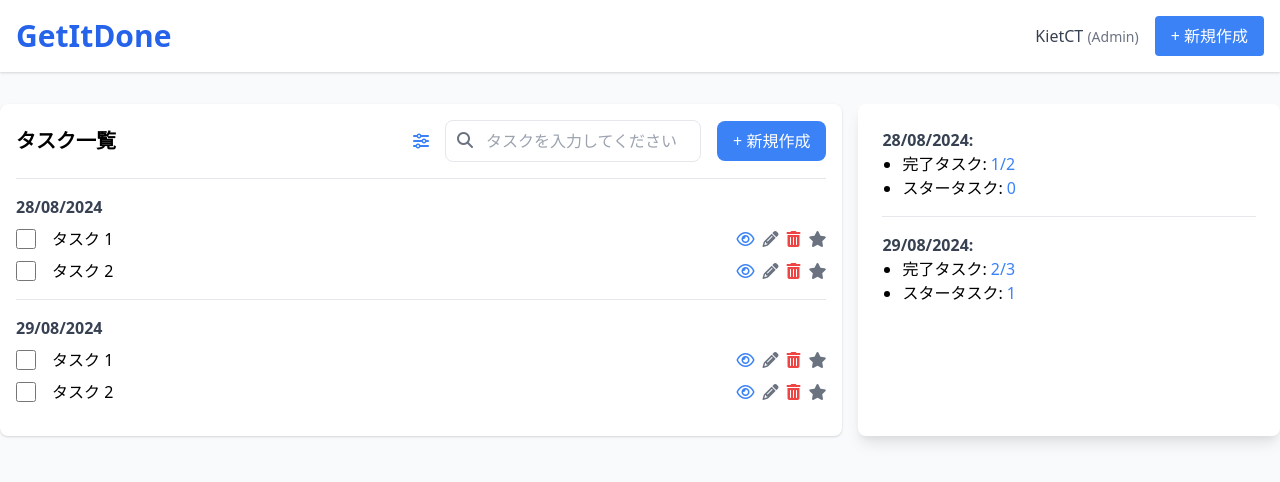
Repository: TuanAnhNguyen723/todolist
Page: mainscreen.html
The author's editor kept a copy of each file at every save. The page is drawn from the files as they stood at one save, then again after the next save.
The browser window is 1280 px wide. The pictures show the whole page.
Some web libraries are served in a nearby version.

Above is the page before, as saved 2024-09-24 22:53:24.

### mainscreen.html
<!DOCTYPE html>
<html lang="ja">
  <head>
    <meta charset="UTF-8" />
    <meta name="viewport" content="width=device-width, initial-scale=1.0" />
    <title>GetItDone Task List</title>
    <link
      href="https://cdn.jsdelivr.net/npm/tailwindcss@2.2.19/dist/tailwind.min.css"
      rel="stylesheet"
    />
    <link
      rel="stylesheet"
      href="https://cdnjs.cloudflare.com/ajax/libs/font-awesome/6.6.0/css/all.min.css"
    />
    <script src="./mainscreen.js" defer></script>
  </head>
  <body class="bg-gray-50">
    <!-- Header Section -->
    <header class="bg-white shadow p-4 flex justify-between items-center">
      <div class="flex items-center">
        <h1 class="text-3xl font-bold text-blue-600">GetItDone</h1>
      </div>
      <div class="flex items-center">
        <span class="text-gray-700 mr-4"
          >KietCT <span class="text-sm text-gray-500">(Admin)</span></span
        >
        <button class="bg-blue-500 text-white px-4 py-2 rounded">
          + 新規作成
        </button>
      </div>
    </header>

    <!-- Main Section -->
    <main class="container mx-auto mt-8">
      <div class="flex justify-between">
        <!-- Task List -->
        <div class="w-2/3 bg-white p-4 shadow rounded-lg">
          <div class="flex justify-between items-center mb-4">
            <!-- Task List Title -->
            <h2 class="text-xl font-bold">タスク一覧</h2>

            <div class="flex items-center space-x-4">
              <!-- Filter Icon -->
              <button class="text-blue-500 hover:text-gray-700">
                <i class="fas fa-sliders-h"></i>
              </button>

              <!-- Search Input with Icon -->
              <div class="relative">
                <input
                  type="text"
                  class="border rounded-lg pl-10 pr-3 py-2 w-64"
                  placeholder="タスクを入力してください"
                />
                <!-- Search Icon -->
                <i
                  class="fas fa-search absolute left-3 top-3 text-gray-500"
                ></i>
              </div>

              <!-- New Task Button -->
              <button class="bg-blue-500 text-white px-4 py-2 rounded-lg">
                + 新規作成
              </button>
            </div>
          </div>

          <!-- Task Group 1 -->
          <div class="mb-4 border-t pt-4">
            <h3 class="font-bold text-gray-700">28/08/2024</h3>

            <!-- Task 1 -->
            <div class="flex justify-between items-center space-x-4 my-2">
              <div class="flex items-center space-x-4">
                <input
                  type="checkbox"
                  class="form-checkbox h-5 w-5 toggle-complete"
                />
                <span class="task-text">タスク 1</span>
              </div>
              <div class="flex space-x-2">
                <button class="text-blue-500 hover:text-blue-700">
                  <i class="fa fa-eye"></i>
                </button>
                <button class="text-gray-500 hover:text-gray-700">
                  <i class="fa fa-pencil"></i>
                </button>
                <button class="text-red-500 hover:text-red-700">
                  <i class="fa fa-trash"></i>
                </button>
                <button class="text-gray-500 hover:text-yellow-500 star-icon">
                  <i class="fa fa-star"></i>
                </button>
              </div>
            </div>

            <!-- Task 2 -->
            <div class="flex justify-between items-center space-x-4 my-2">
              <div class="flex items-center space-x-4">
                <input
                  type="checkbox"
                  class="form-checkbox h-5 w-5 toggle-complete"
                />
                <span class="task-text">タスク 2</span>
              </div>
              <div class="flex space-x-2">
                <button class="text-blue-500 hover:text-blue-700">
                  <i class="fa fa-eye"></i>
                </button>
                <button class="text-gray-500 hover:text-gray-700">
                  <i class="fa fa-pencil"></i>
                </button>
                <button class="text-red-500 hover:text-red-700">
                  <i class="fa fa-trash"></i>
                </button>
                <button class="text-gray-500 hover:text-yellow-500 star-icon">
                  <i class="fa fa-star"></i>
                </button>
              </div>
            </div>
          </div>

          <!-- Task Group 2 -->
          <div class="mb-4 border-t pt-4">
            <h3 class="font-bold text-gray-700">29/08/2024</h3>

            <!-- Task 1 -->
            <div class="flex justify-between items-center space-x-4 my-2">
              <div class="flex items-center space-x-4">
                <input
                  type="checkbox"
                  class="form-checkbox h-5 w-5 toggle-complete"
                />
                <span class="task-text">タスク 1</span>
              </div>
              <div class="flex space-x-2">
                <button class="text-blue-500 hover:text-blue-700">
                  <i class="fa fa-eye"></i>
                </button>
                <button class="text-gray-500 hover:text-gray-700">
                  <i class="fa fa-pencil"></i>
                </button>
                <button class="text-red-500 hover:text-red-700">
                  <i class="fa fa-trash"></i>
                </button>
                <button class="text-gray-500 hover:text-yellow-500 star-icon">
                  <i class="fa fa-star"></i>
                </button>
              </div>
            </div>

            <!-- Task 2 -->
            <div class="flex justify-between items-center space-x-4 my-2">
              <div class="flex items-center space-x-4">
                <input
                  type="checkbox"
                  class="form-checkbox h-5 w-5 toggle-complete"
                />
                <span class="task-text">タスク 2</span>
              </div>
              <div class="flex space-x-2">
                <button class="text-blue-500 hover:text-blue-700">
                  <i class="fa fa-eye"></i>
                </button>
                <button class="text-gray-500 hover:text-gray-700">
                  <i class="fa fa-pencil"></i>
                </button>
                <button class="text-red-500 hover:text-red-700">
                  <i class="fa fa-trash"></i>
                </button>
                <button class="text-gray-500 hover:text-yellow-500 star-icon">
                  <i class="fa fa-star"></i>
                </button>
              </div>
            </div>
          </div>
        </div>

        <!-- Task Completion Summary -->
        <div
          id="task-summary"
          class="w-1/3 bg-white p-6 rounded-lg shadow-lg ml-4"
        >
          <h3 class="font-bold text-gray-700">28/08/2024:</h3>
          <ul class="list-disc pl-5">
            <li>完了タスク: <span class="text-blue-500">1/2</span></li>
            <li>スタータスク: <span class="text-blue-500">0</span></li>
          </ul>

          <h3 class="font-bold text-gray-700 mt-4 border-t pt-4">29/08/2024:</h3>
          <ul class="list-disc pl-5">
            <li>完了タスク: <span class="text-blue-500">2/3</span></li>
            <li>スタータスク: <span class="text-blue-500">1</span></li>
          </ul>
        </div>
      </div>
    </main>

    <!-- Icons FontAwesome -->
    <script src="https://kit.fontawesome.com/a076d05399.js"></script>
  </body>
</html>

### mainscreen.js
      // Xử lý sự kiện khi click vào checkbox để gạch ngang hoặc bỏ gạch ngang
      document.querySelectorAll('.toggle-complete').forEach((checkbox) => {
        checkbox.addEventListener('change', function () {
          const taskText = this.parentElement.querySelector('.task-text');
          if (this.checked) {
            taskText.classList.add('line-through', 'text-gray-400');
          } else {
            taskText.classList.remove('line-through', 'text-gray-400');
          }
        });
      });

      // Xử lý sự kiện khi click vào icon ngôi sao
      document.querySelectorAll('.star-icon').forEach((star) => {
        star.addEventListener('click', function () {
          const taskText = this.parentElement.parentElement.querySelector('.task-text');
          // Toggle màu ngôi sao
          this.classList.toggle('text-yellow-500');
          // Toggle màu chữ của task
          if (this.classList.contains('text-yellow-500')) {
            taskText.classList.add('text-yellow-600');
          } else {
            taskText.classList.remove('text-yellow-600');
          }
        });
      });

After the next save:
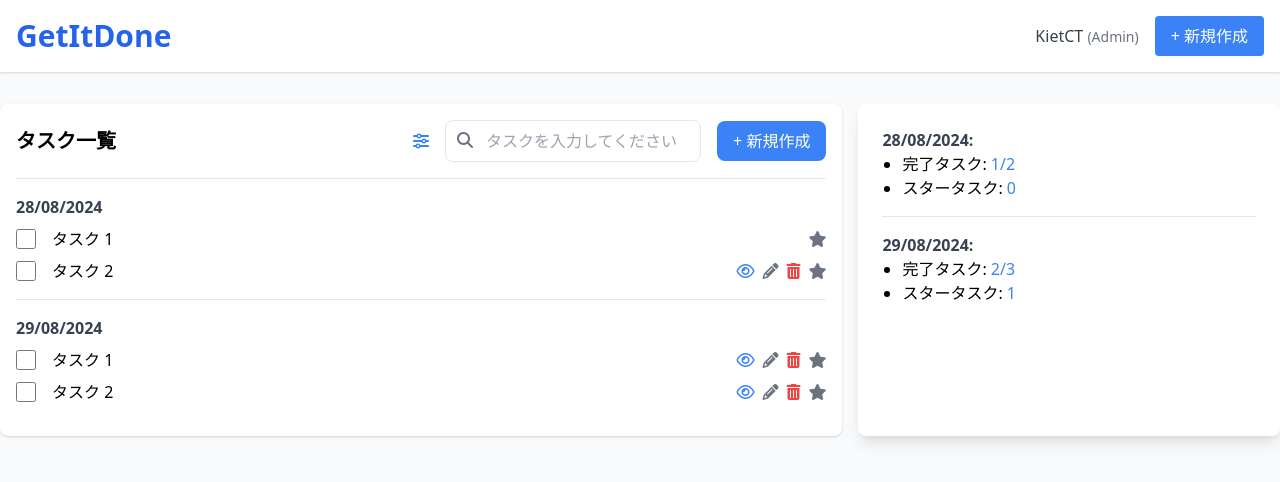
Saved 111 s later.
--- a/mainscreen.html
+++ b/mainscreen.html
@@ -70,7 +70,10 @@
             <h3 class="font-bold text-gray-700">28/08/2024</h3>
 
             <!-- Task 1 -->
-            <div class="flex justify-between items-center space-x-4 my-2">
+            <div
+              class="flex justify-between items-center space-x-4 my-2"
+              data-date="2024-08-28"
+            >
               <div class="flex items-center space-x-4">
                 <input
                   type="checkbox"
@@ -79,16 +82,10 @@
                 <span class="task-text">タスク 1</span>
               </div>
               <div class="flex space-x-2">
-                <button class="text-blue-500 hover:text-blue-700">
-                  <i class="fa fa-eye"></i>
-                </button>
-                <button class="text-gray-500 hover:text-gray-700">
-                  <i class="fa fa-pencil"></i>
-                </button>
-                <button class="text-red-500 hover:text-red-700">
-                  <i class="fa fa-trash"></i>
-                </button>
-                <button class="text-gray-500 hover:text-yellow-500 star-icon">
+                <button
+                  class="text-gray-500 hover:text-yellow-500 star-icon"
+                  onclick="toggleStar(this)"
+                >
                   <i class="fa fa-star"></i>
                 </button>
               </div>
@@ -187,7 +184,9 @@
             <li>スタータスク: <span class="text-blue-500">0</span></li>
           </ul>
 
-          <h3 class="font-bold text-gray-700 mt-4 border-t pt-4">29/08/2024:</h3>
+          <h3 class="font-bold text-gray-700 mt-4 border-t pt-4">
+            29/08/2024:
+          </h3>
           <ul class="list-disc pl-5">
             <li>完了タスク: <span class="text-blue-500">2/3</span></li>
             <li>スタータスク: <span class="text-blue-500">1</span></li>

After the save that followed:
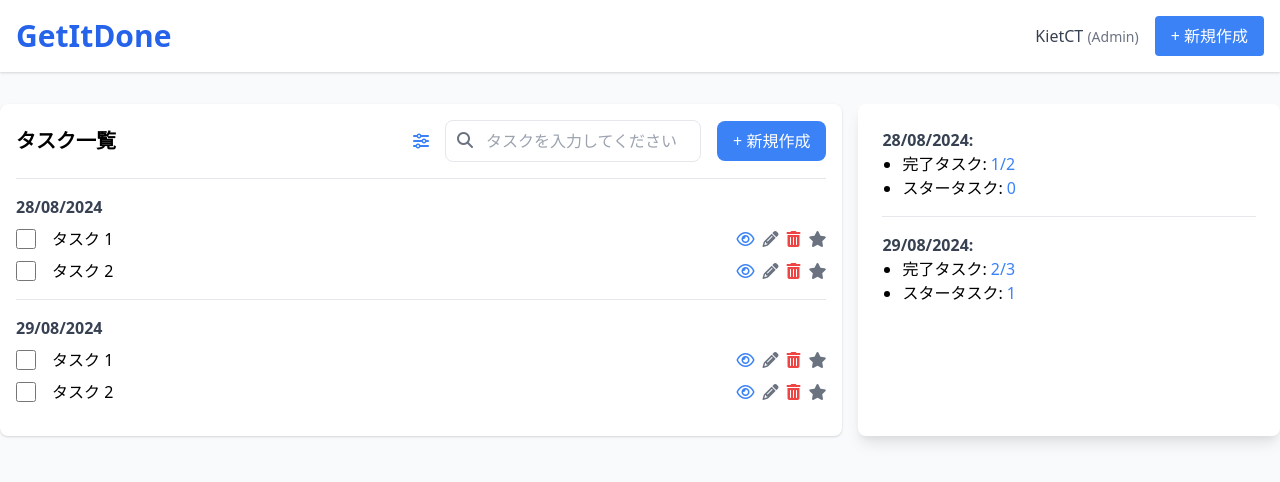
Saved 17 s later.
--- a/mainscreen.html
+++ b/mainscreen.html
@@ -70,10 +70,7 @@
             <h3 class="font-bold text-gray-700">28/08/2024</h3>
 
             <!-- Task 1 -->
-            <div
-              class="flex justify-between items-center space-x-4 my-2"
-              data-date="2024-08-28"
-            >
+            <div class="flex justify-between items-center space-x-4 my-2">
               <div class="flex items-center space-x-4">
                 <input
                   type="checkbox"
@@ -82,10 +79,16 @@
                 <span class="task-text">タスク 1</span>
               </div>
               <div class="flex space-x-2">
-                <button
-                  class="text-gray-500 hover:text-yellow-500 star-icon"
-                  onclick="toggleStar(this)"
-                >
+                <button class="text-blue-500 hover:text-blue-700">
+                  <i class="fa fa-eye"></i>
+                </button>
+                <button class="text-gray-500 hover:text-gray-700">
+                  <i class="fa fa-pencil"></i>
+                </button>
+                <button class="text-red-500 hover:text-red-700">
+                  <i class="fa fa-trash"></i>
+                </button>
+                <button class="text-gray-500 hover:text-yellow-500 star-icon">
                   <i class="fa fa-star"></i>
                 </button>
               </div>
@@ -184,9 +187,7 @@
             <li>スタータスク: <span class="text-blue-500">0</span></li>
           </ul>
 
-          <h3 class="font-bold text-gray-700 mt-4 border-t pt-4">
-            29/08/2024:
-          </h3>
+          <h3 class="font-bold text-gray-700 mt-4 border-t pt-4">29/08/2024:</h3>
           <ul class="list-disc pl-5">
             <li>完了タスク: <span class="text-blue-500">2/3</span></li>
             <li>スタータスク: <span class="text-blue-500">1</span></li>
